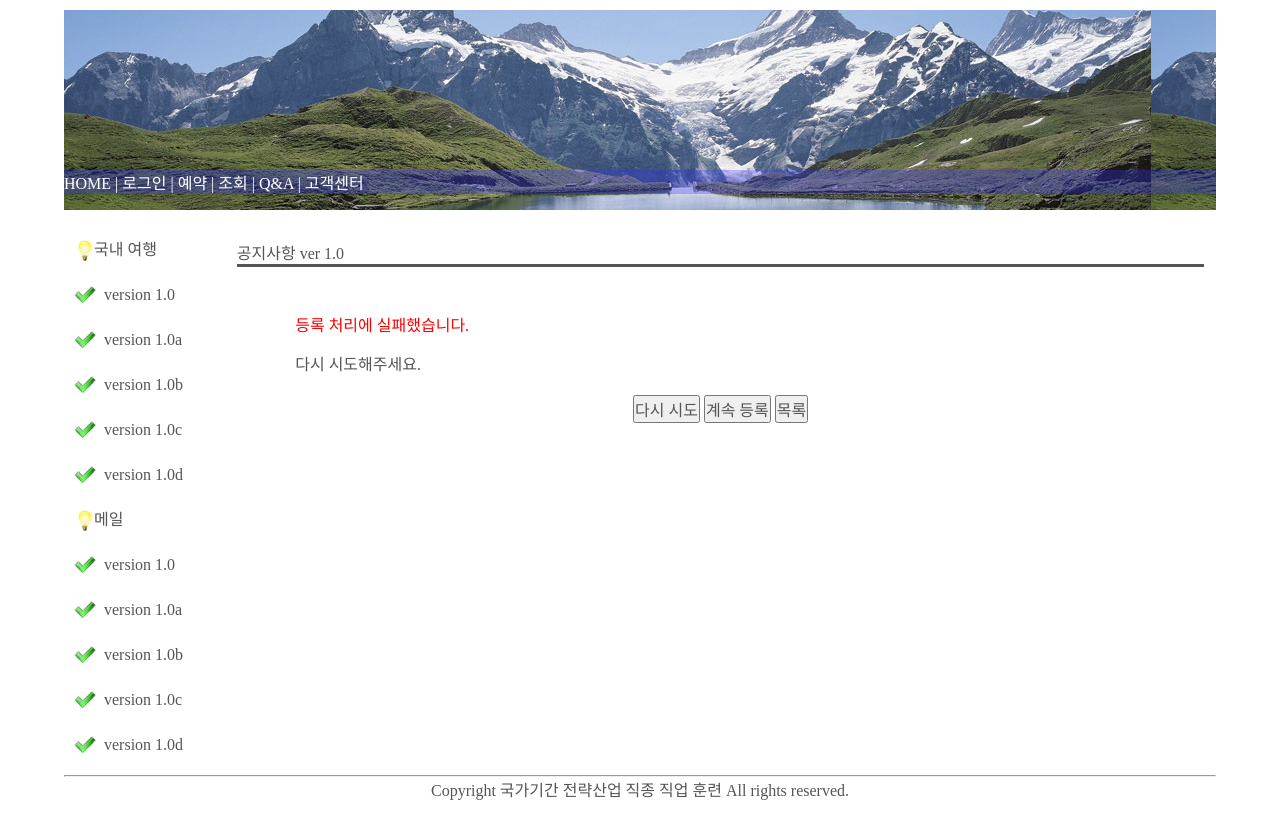
Repository: jangky000/ai_web
Page: http://localhost/blog_v2jc/mail_app/create_proc.jsp
An editor plug-in stored every save of this project. The page is shown before and after the next save, followed by the edit.
The browser window is 1280 px wide. The pictures show the whole page.
The page is served by Tomcat 9. Queries for data that is not in the repository find no rows.

Above is the page before, as saved 2020-03-27 05:39:12.

After the next save:
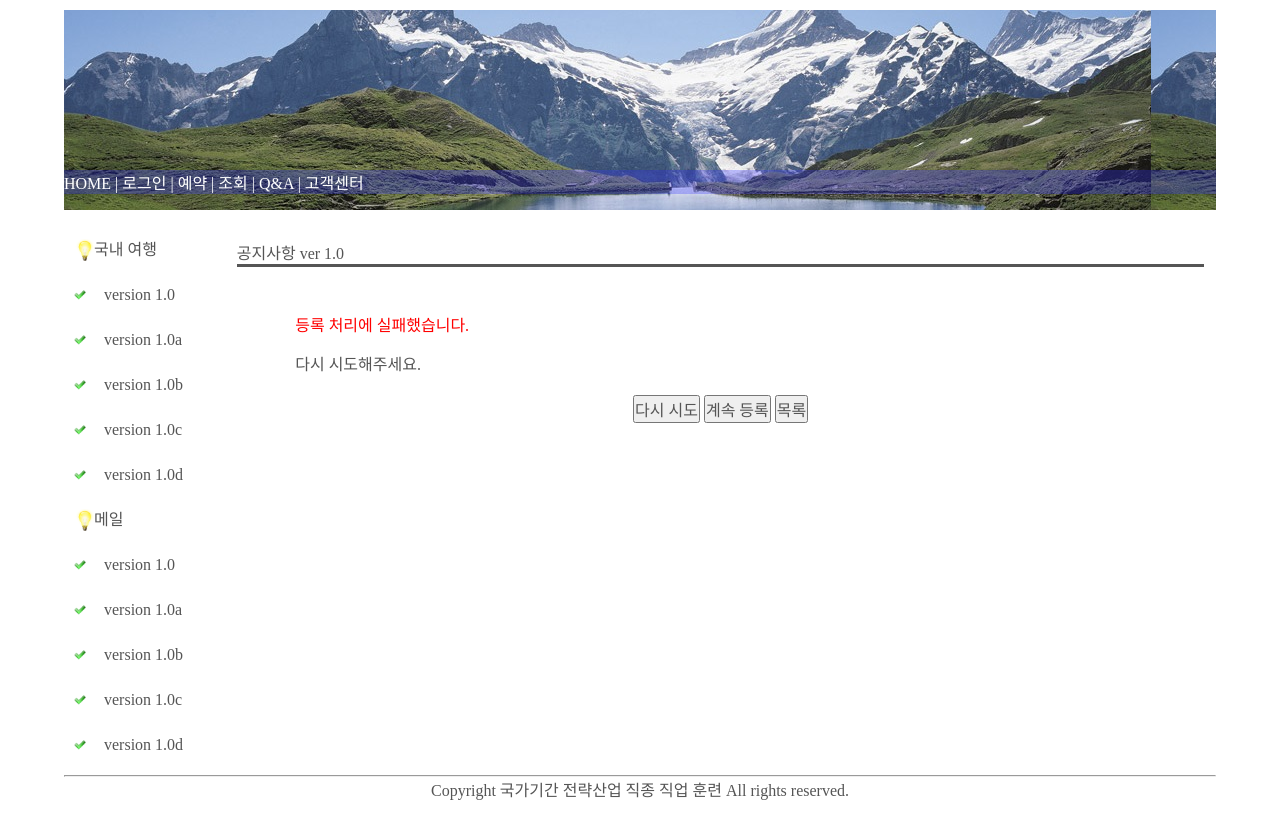
Saved 2 min 32 s later.
--- a/ws__frame/blog_v2jc/WebContent/css/style.css
+++ b/ws__frame/blog_v2jc/WebContent/css/style.css
@@ -229,7 +229,7 @@
     list-style: none;
     margin: 15px 10px;
     background: url(./images/li_left_menu_2.png) left center no-repeat; /* url 왼쪽 중간 반복x */
-    background-size: 22px;
+    background-size: 12px;
     padding-left: 30px;
     line-height: 30px;
   }
